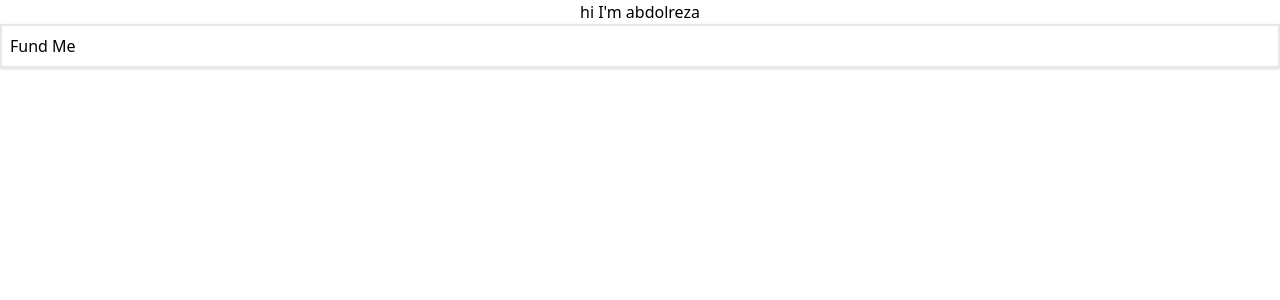
Repository: mavidev93/fund-me
Page: /
These files come from the project's save history. The page is drawn as it stood at one moment and after the next save; the edit follows.
The browser window is 1280 px wide. The pictures show the whole page.
The project was rebuilt for these pictures with package versions that can differ from the ones it lists, and the page was loaded fresh each time. Also part of the build but not shown: craco.config.js, src/App.css.

Above is the page before, as saved 2022-02-14 16:40:35.

After the next save:
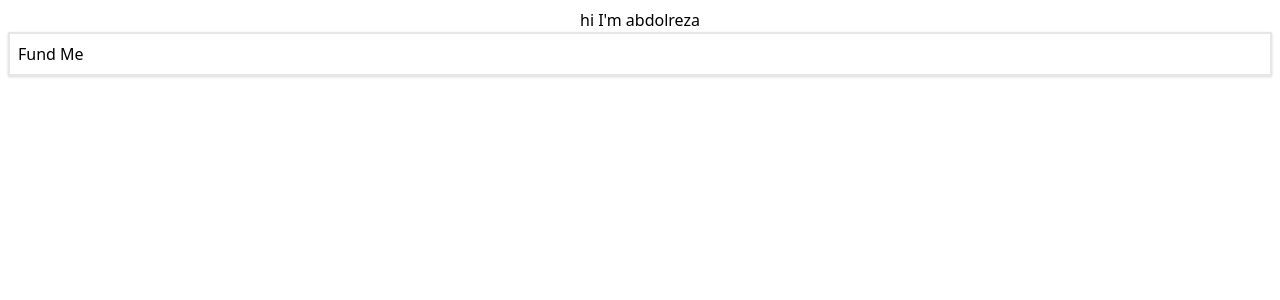
Saved 18 s later.
--- a/src/App.tsx
+++ b/src/App.tsx
@@ -4,14 +4,12 @@ import React from "react";
 //app
 import FundMeInterface from "./Components/FundmeInterface/FundMeInterface";
 
-
-
 //styles
 import "./App.css";
 
 function App() {
   return (
-    <div className="App">
+    <div className="App p-2">
       <h1 className="text-center">hi I'm abdolreza</h1>
       <FundMeInterface />
     </div>
